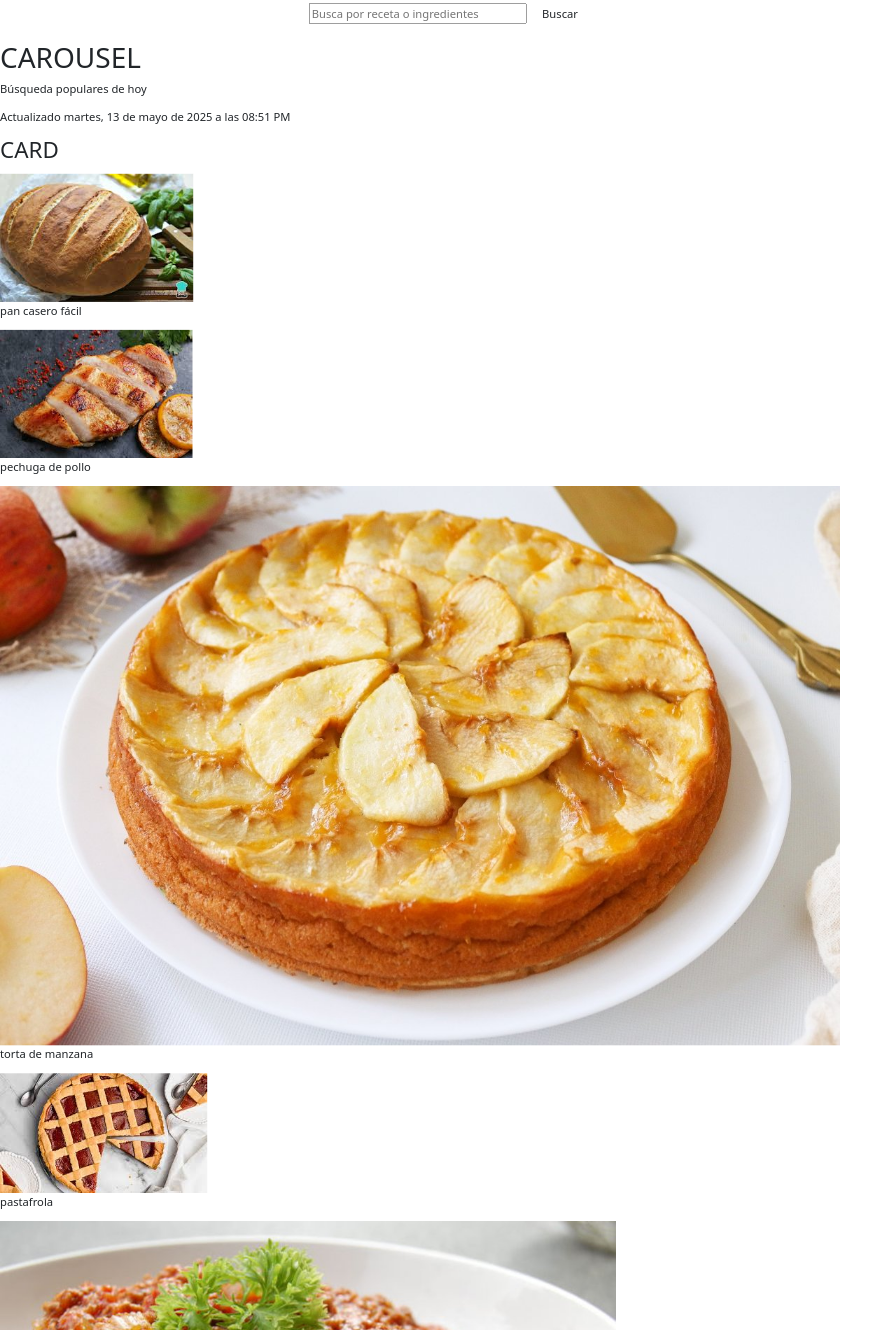
Repository: lucasp3113/coockpad
Page: index.html
An editor plug-in stored every save of this project. The page is shown before and after the next save, followed by the edit.
The browser window is 1280 px wide. The pictures show the part of the page from y = 336 to 2236 px (the page is 3670 px tall), at 70% of full size.
A picture or video elsewhere on the page could not be fetched, so the positions and the page height are approximate.

Above is the page before, as saved 2025-05-15 12:00:07.

After the next save:
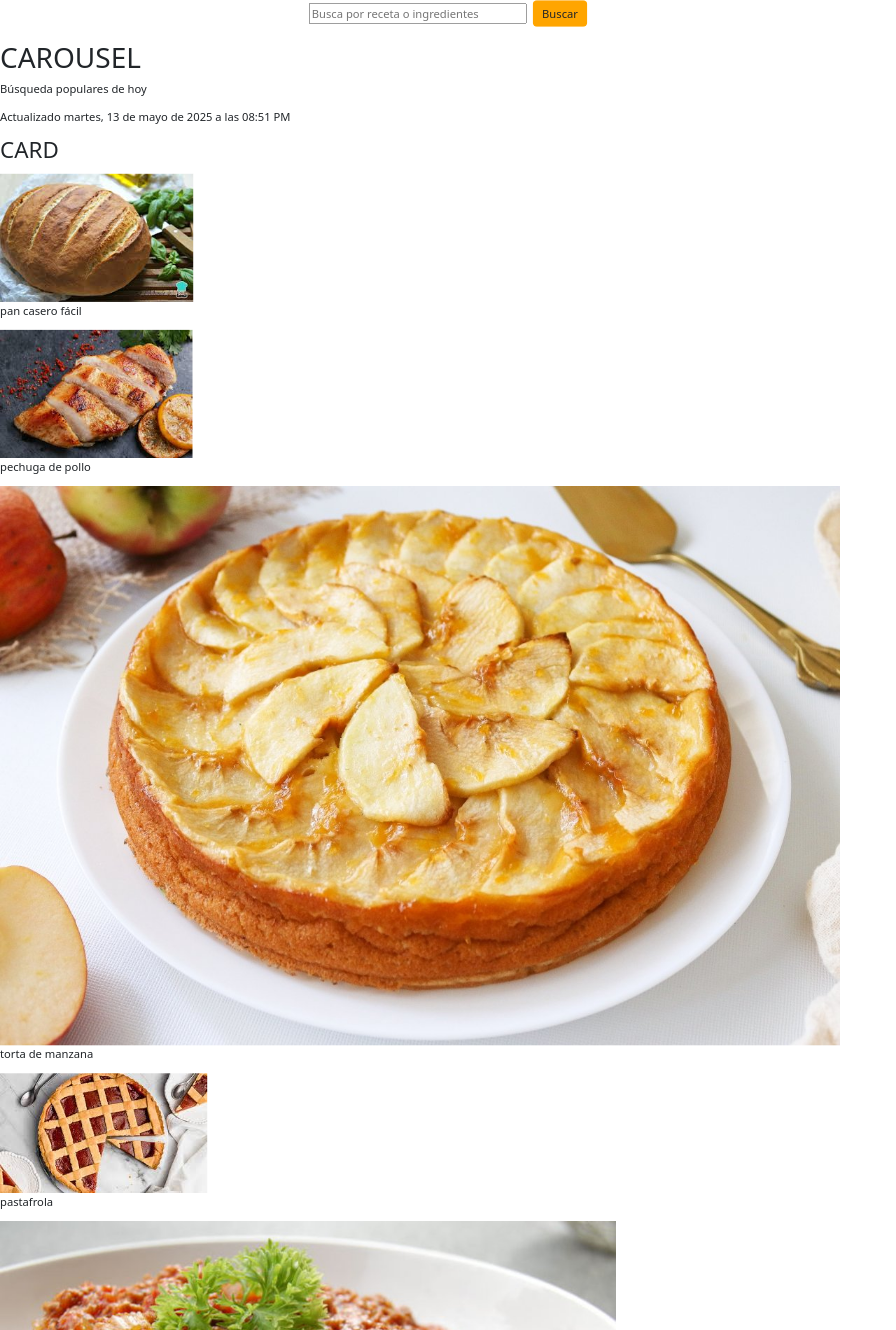
Saved 11 s later.
--- a/style.css
+++ b/style.css
@@ -1,4 +1,4 @@
 .btn-orange{
-    background-color: orange; m !important
+    background-color: orange !important;
 
 }
